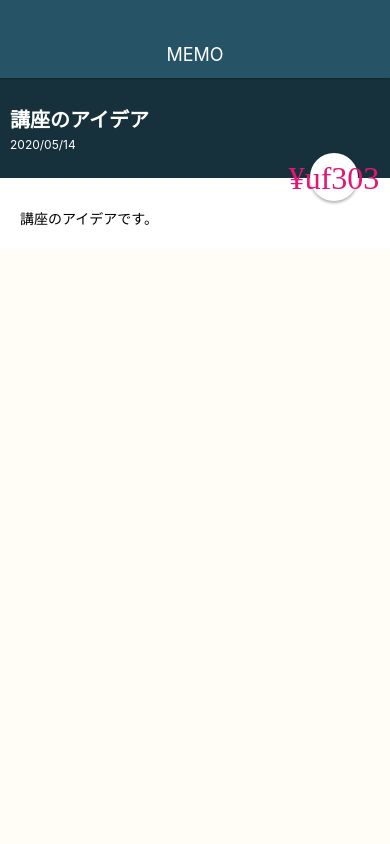
Repository: NagataRyuji0630/memo_app_for_reactNative
Screen: /
These files come from the project's save history. The screen is drawn as it stood at one moment and after the next save; the edit follows.
The app was drawn by React Native's web renderer in a window 390 px wide. The project was rebuilt for these pictures with package versions that can differ from the ones it lists, and the page was loaded fresh each time. Some packages were replaced by stand-ins written for this rebuild. Also part of the build but not shown: src/components/MemoList.jsx, src/screens/MemoListScreen.jsx.

Above is the screen before, as saved 2020-05-14 14:19:41.

After the next save:
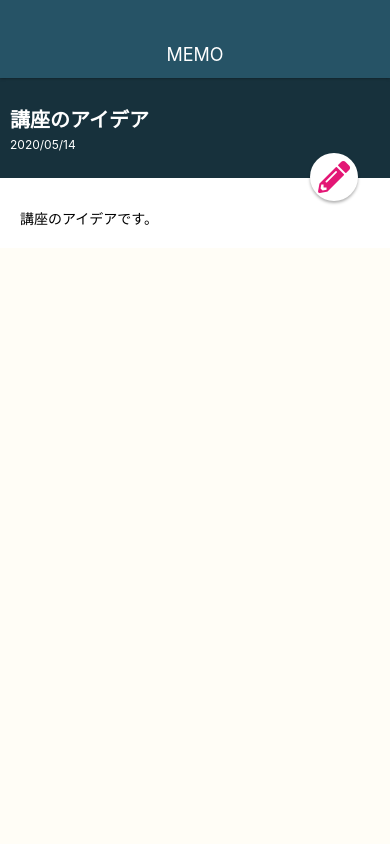
Saved 12 s later.
--- a/src/screens/MemoDetailScreen.jsx
+++ b/src/screens/MemoDetailScreen.jsx
@@ -52,7 +52,7 @@ class MemoDetailScreen extends Component {
                 </View>
 
                 <CircleBtn color='white' style={styles.editBtn}>
-                    {'¥uf303'}
+                    {'\uf303'}
                 </CircleBtn>
             </View>
         );
